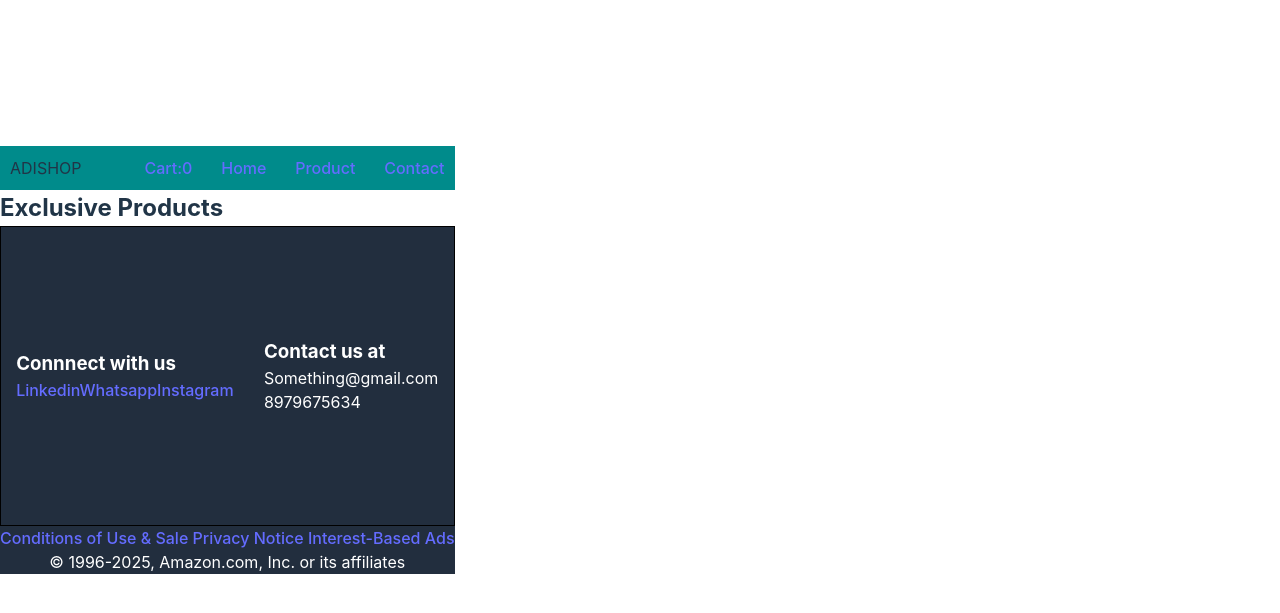
Repository: Aditya0377/React-ecommercewebsite
Page: / (app in ecommerce/)
The author's editor kept a copy of each file at every save. The page is drawn from the files as they stood at one save, then again after the next save.
The browser window is 1280 px wide. The pictures show the whole page.
The project was rebuilt for these pictures with package versions that can differ from the ones it lists, and the page was loaded fresh each time. Also part of the build but not shown: ecommerce/vite.config.js, ecommerce/src/components/Product.css, ecommerce/src/components/Product.jsx, ecommerce/src/components/Contact.css, ecommerce/src/components/Contact.jsx, ecommerce/src/components/Login.css, ecommerce/src/components/Login.jsx. Imported but missing from the stored project, and not drawn on this page: ecommerce/src/components/Cart.

Above is the page before, as saved 2025-01-27 17:46:24.

After the next save:
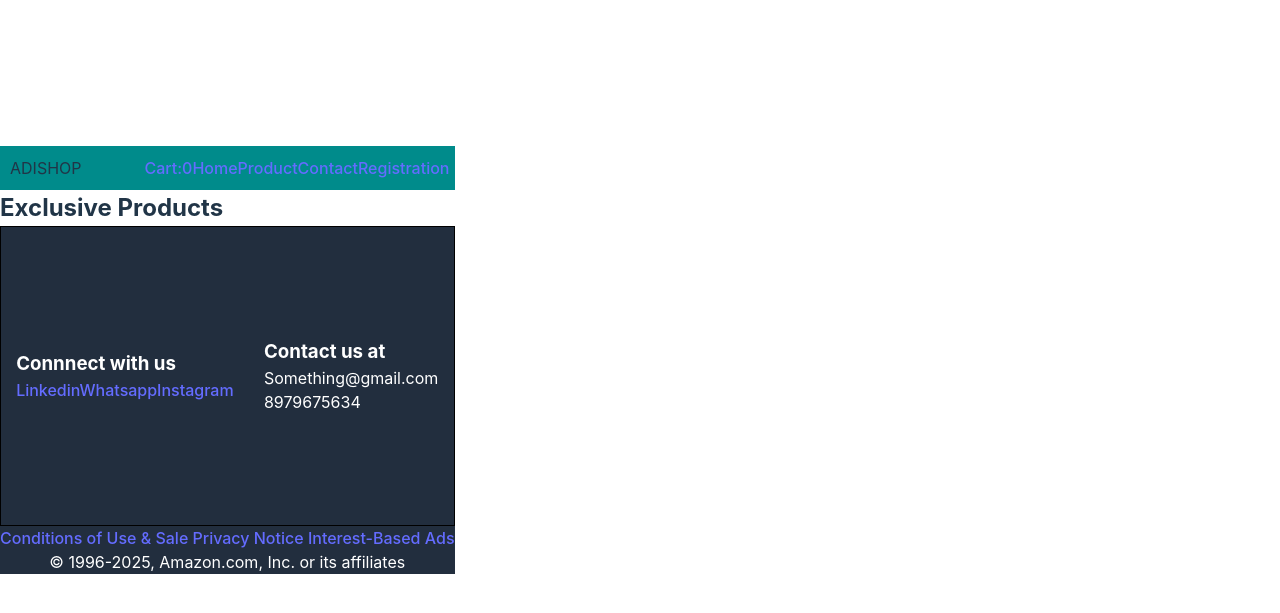
Saved 66 s later.
--- a/ecommerce/src/components/Header.jsx
+++ b/ecommerce/src/components/Header.jsx
@@ -42,6 +42,10 @@
                             <Link to='/contact'>Contact</Link>
 
                         </li>
+                        <li>
+                            <Link to='/registration'>Registration</Link>
+
+                        </li>
                     </ul>
                 </div>
             </div>
